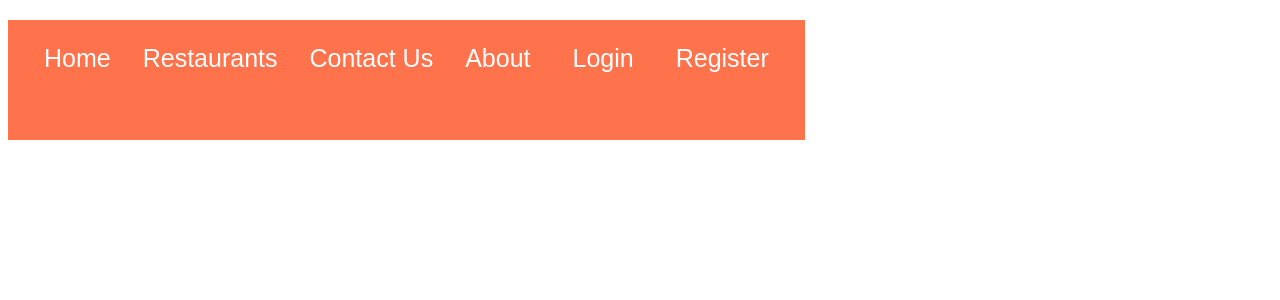
Repository: Sujith-B-S/Food-Application
Page: http://localhost/FoodApplication/home.jsp
An editor plug-in stored every save of this project. The page is shown before and after the next save, followed by the edit.
The browser window is 1280 px wide. The pictures show the whole page.
Some web fonts or font styles are not loaded; a fallback is used. The page is served by Tomcat 9.

Above is the page before, as saved 2024-11-15 19:08:32.

After the next save:
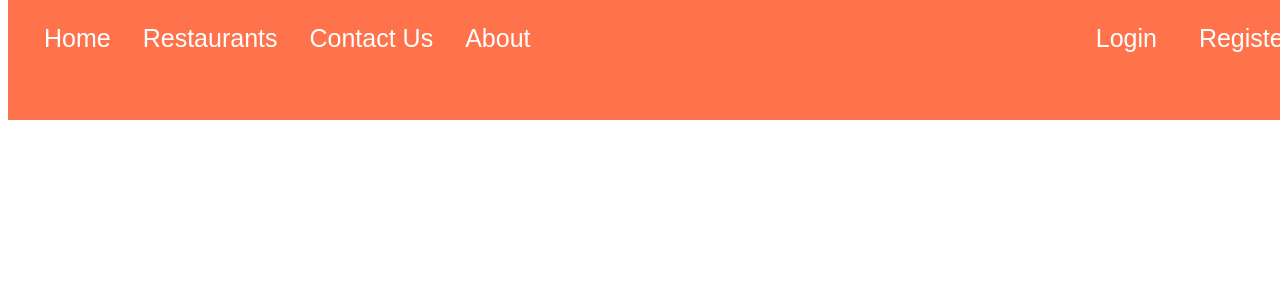
Saved 78 s later.
--- a/FoodApplication/src/main/webapp/home.jsp
+++ b/FoodApplication/src/main/webapp/home.jsp
@@ -18,6 +18,11 @@
 
 
         .navbar {
+         	overflow: hidden;
+			background-color: #333;
+	        position: fixed; /* Set the navbar to fixed position */
+		    top: 0; /* Position the navbar at the top of the page */
+		    width: 100%; /* Full width */
             background-color: #FF734C;
             overflow: hidden;
             height: 100px;
